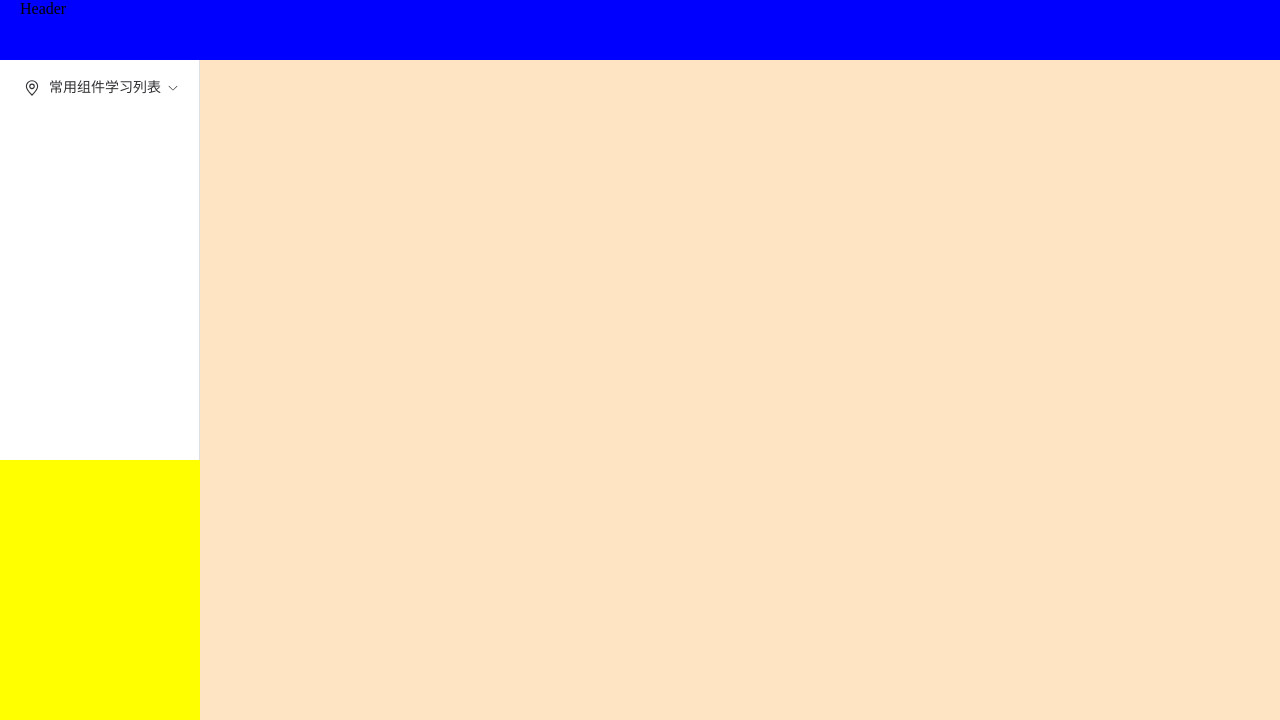
Repository: 553559555/vue3-project
Page: /#/index (app in vue3-app/)
An editor plug-in stored every save of this project. The page is shown before and after the next save, followed by the edit.
The browser window is 1280 px wide. The pictures show the whole page.
The project was rebuilt for these pictures with package versions that can differ from the ones it lists, and the page was loaded fresh each time. Also part of the build but not shown: vue3-app/vite.config.ts.

Above is the page before, as saved 2025-03-24 10:31:23.

After the next save:
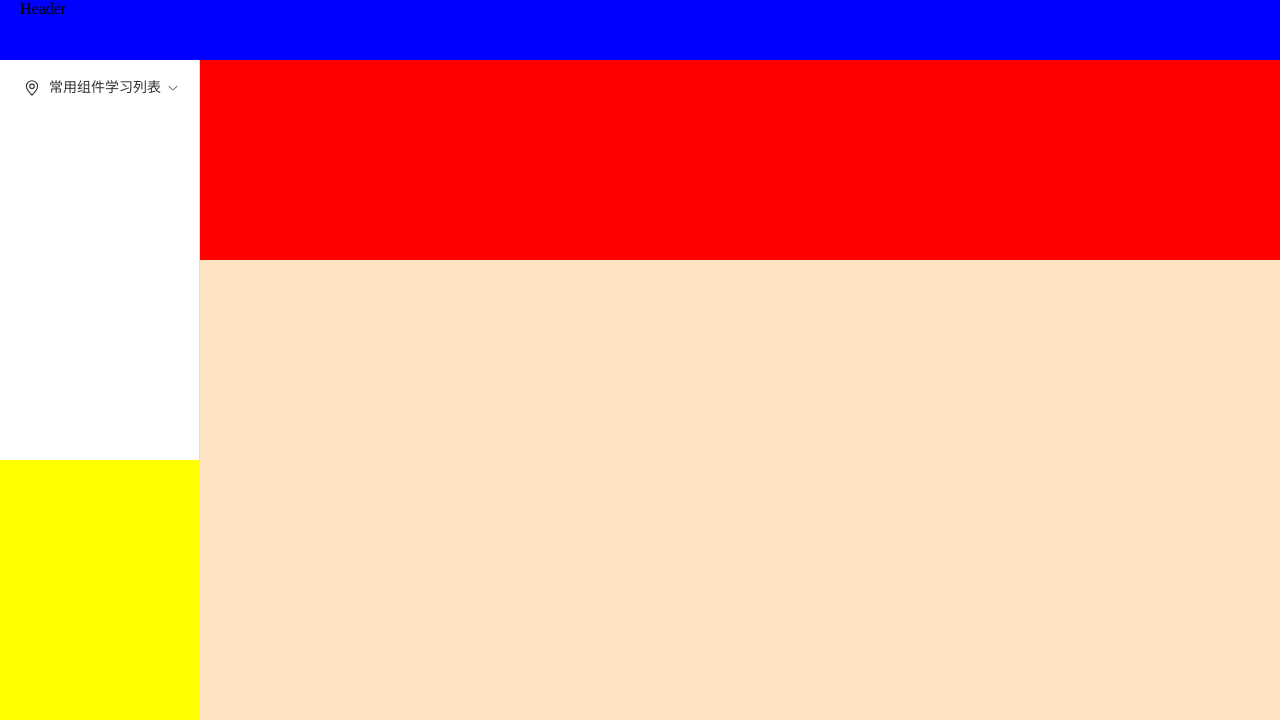
Saved 13 s later.
--- a/vue3-app/src/views/Home.vue
+++ b/vue3-app/src/views/Home.vue
@@ -19,6 +19,7 @@
 
   .row {
     background-color: red;
+    height: 200px;
   }
 }
 </style>
